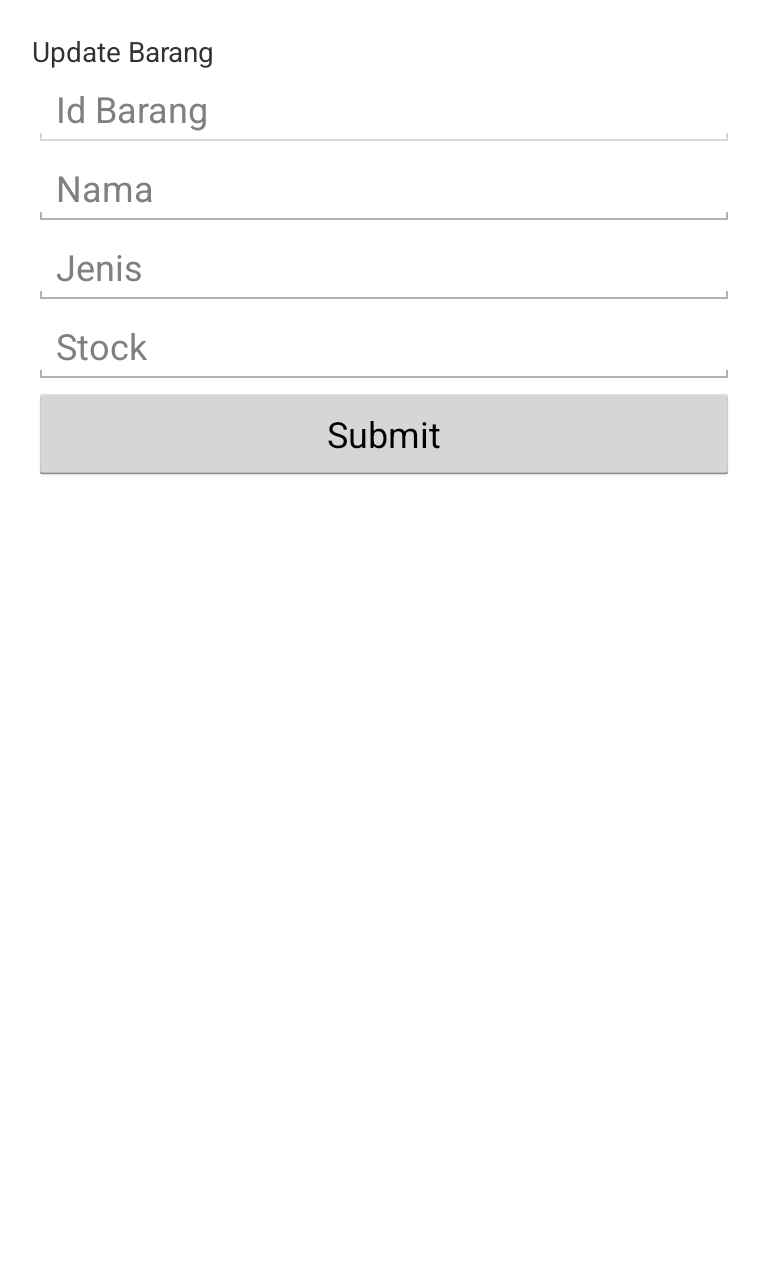
Repository: kisahtegar/UnipiLabs
Layout: GudangKisah/res/layout/activity_update_data.xml
An editor plug-in stored every save of this project. The layout is shown before and after the next save, followed by the edit.
It is drawn on a 768 x 1280 px phone screen (xhdpi) without system bars, with theme AppTheme; the app's code is not run.

Above is the layout before, as saved 2024-07-31 04:34:30.

After the next save:
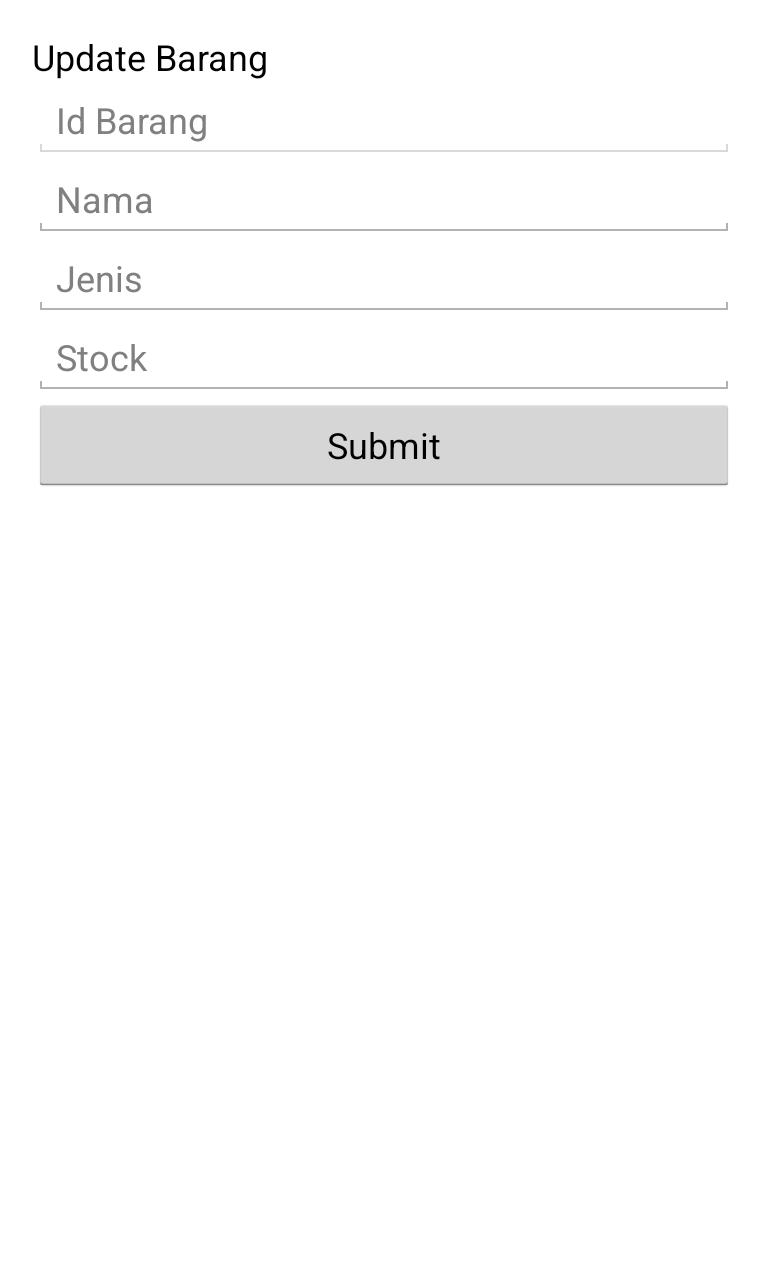
Saved 104 s later.
--- a/GudangKisah/res/layout/activity_update_data.xml
+++ b/GudangKisah/res/layout/activity_update_data.xml
@@ -9,6 +9,7 @@
         android:id="@+id/textView1"
         android:layout_width="wrap_content"
         android:layout_height="wrap_content"
+        android:textAppearance="?android:attr/textAppearanceMedium"
         android:text="@string/update_barang" />
 
     <EditText
